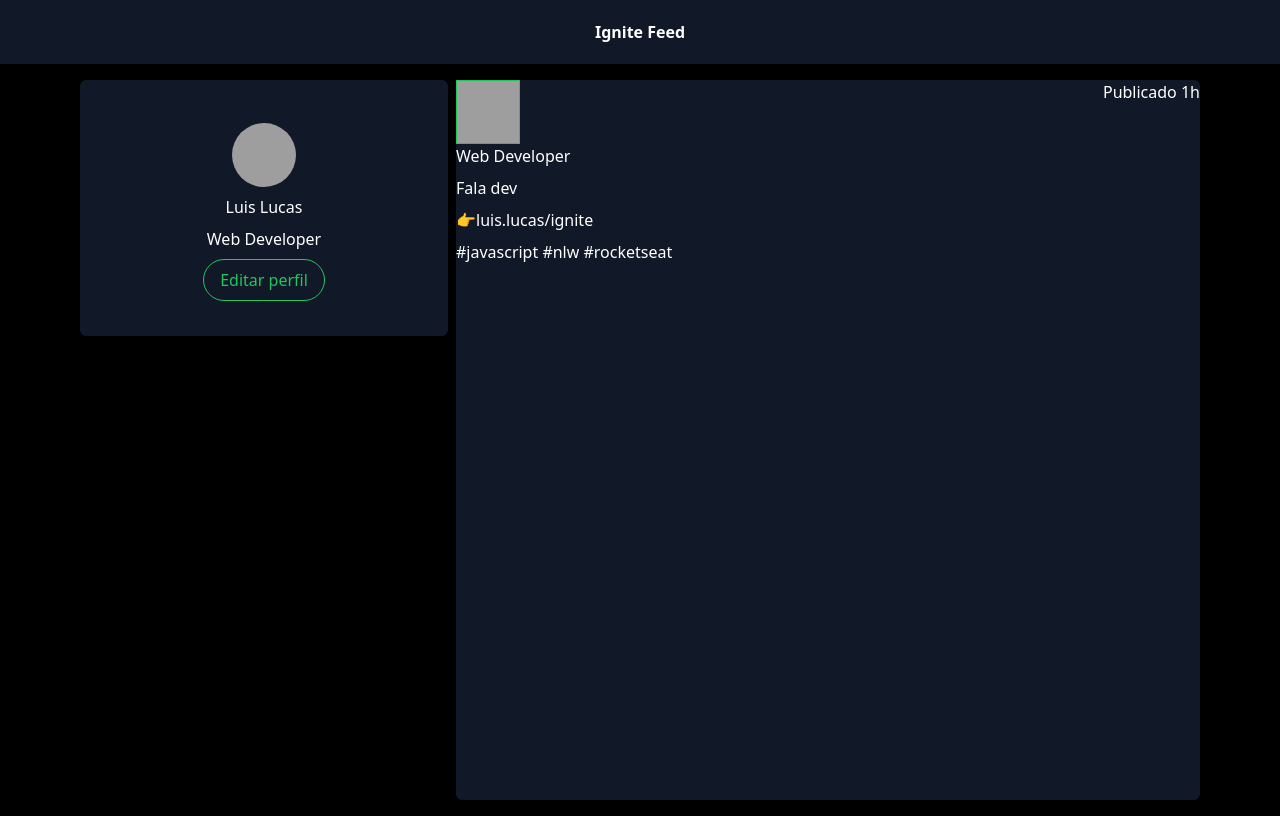
Repository: LuisSempre/ignite-feed
Page: /
An editor plug-in stored every save of this project. The page is shown before and after the next save, followed by the edit.
The browser window is 1280 px wide. The pictures show the whole page.
Pictures or frames that could not be fetched are drawn as grey boxes. The project was rebuilt for these pictures with package versions that can differ from the ones it lists, and the page was loaded fresh each time. Also part of the build but not shown: vite.config.js.

Above is the page before, as saved 2022-07-13 23:12:23.

### src/App.jsx
import { Header } from "./Components/Header"
import { Sidebar } from "./Components/Sidebar"
import { Post } from "./Components/Post"
function App() {
  return (
    <div>
      <Header />
      <div className="max-w-6xl mx-auto p-4 grid grid-cols-3 gap-2 items-start">
        <Sidebar />
        <div className="col-span-2">
         <Post />
        </div>
      </div>
    </div>
  );
}

export default App;

### src/index.css
@tailwind base;
@tailwind components;
@tailwind utilities;

body {
    @apply bg-black text-white;
}

### src/Components/Header.jsx
export function Header() {
  return (
    <div className="flex items-center justify-center h-16 bg-gray-900 mx-auto w-full">
      <h1 className="font-bold bg-gray-900">Ignite Feed</h1>
    </div>
  )
}

### src/Components/Sidebar.jsx
export function Sidebar() {
  return (
    <div className="rounded-md bg-gray-900 justify-center items-center flex flex-col text-center  h-64 space-y-2">
        <span className=" bg-gradient-r from-green-500 via-blue-500"></span>
        <img
          className="w-16 h-16 rounded-full overflow-hidden object-cover"
          src="https://avatars.githubusercontent.com/u/32404639?v=4"
          alt=""
        />
        <h1>Luis Lucas</h1>
        <span>Web Developer</span>
        <a
          href=""
          className="border border-green-500 px-4 py-2 rounded-full text-green-500"
        >
          Editar perfil
        </a>
    </div>
  );
}

### src/Components/Post.jsx
export function Post() {
  return (
    <div className=" bg-gray-900 rounded-md h-screen space-y-2">
      <div className="flex justify-between ">
        <div className=" flex flex-col">
          <img
            className="h-16 w-16 border border-green-500"
            src="https://github.com/luissempre.png"
            alt=""
          />
          <span>Web Developer</span>
        </div>
        <div>
          <time dataTime="2022-05-11 08:13:00">Publicado 1h</time>
        </div>
      </div>
      <div className="space-y-2">
        <p>Fala dev</p>
        <p>👉luis.lucas/ignite</p>
        <p>#javascript #nlw #rocketseat</p>
      </div>
    </div>
  );
}

Loaded but not shown: index.html (common file); src/main.jsx (common file); tailwind.config.js (common file)

After the next save:
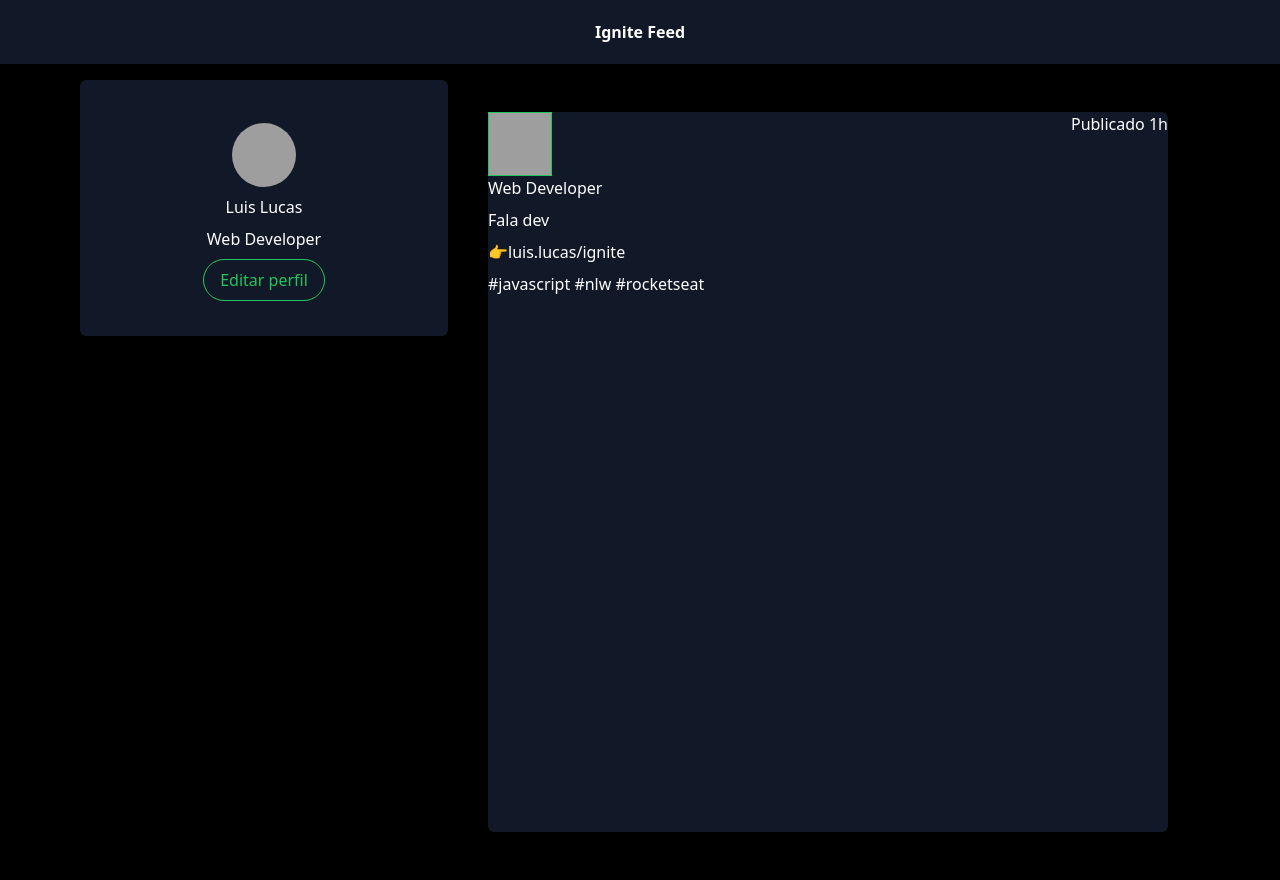
Saved 25 s later.
--- a/src/Components/Post.jsx
+++ b/src/Components/Post.jsx
@@ -1,6 +1,6 @@
 export function Post() {
   return (
-    <div className=" bg-gray-900 rounded-md h-screen space-y-2">
+    <div className=" bg-gray-900 rounded-md h-screen space-y-2 m-8">
       <div className="flex justify-between ">
         <div className=" flex flex-col">
           <img
